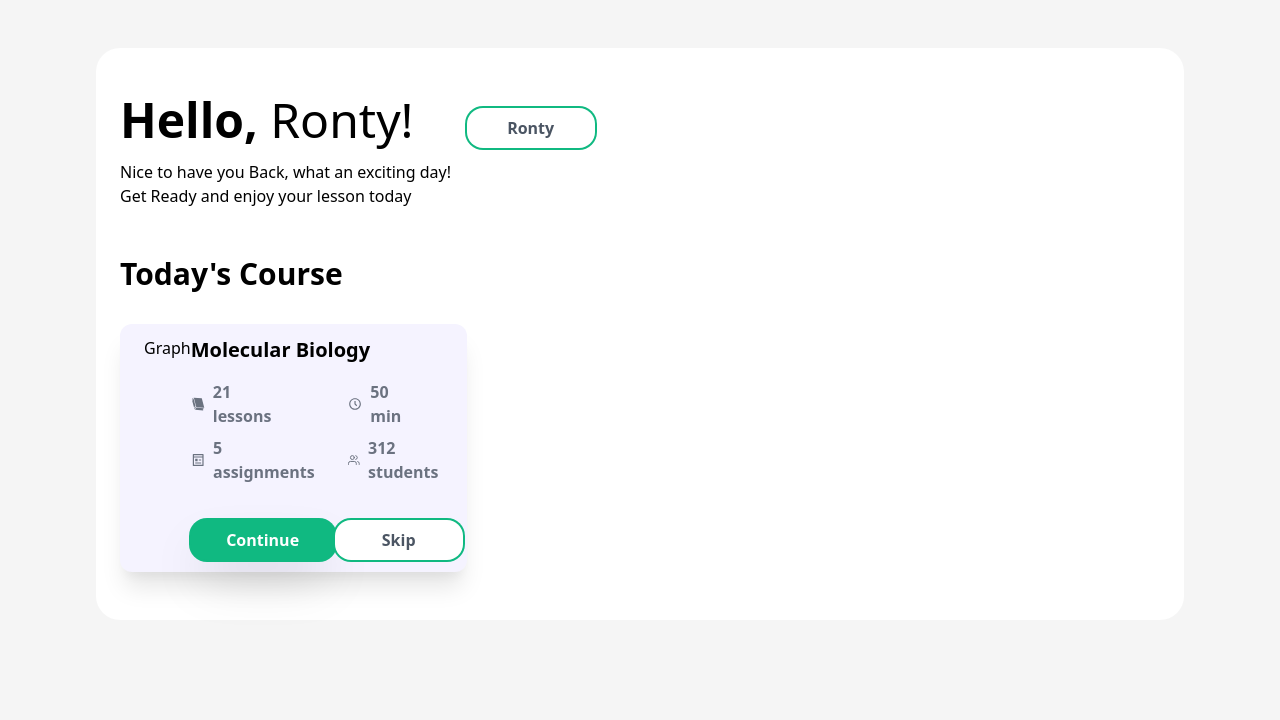
Repository: coolronts/Vite-Tailwind
Page: /
These files come from the project's save history. The page is drawn as it stood at one moment and after a run of saves; the edit follows.
The browser window is 1280 px wide. The pictures show the whole page.
The project was rebuilt for these pictures with package versions that can differ from the ones it lists, and the page was loaded fresh each time. Also part of the build but not shown: vite.config.js, src/components/Chart/index.jsx.

Above is the page before, as saved 2021-11-26 13:38:44.

After the next 2 saves:
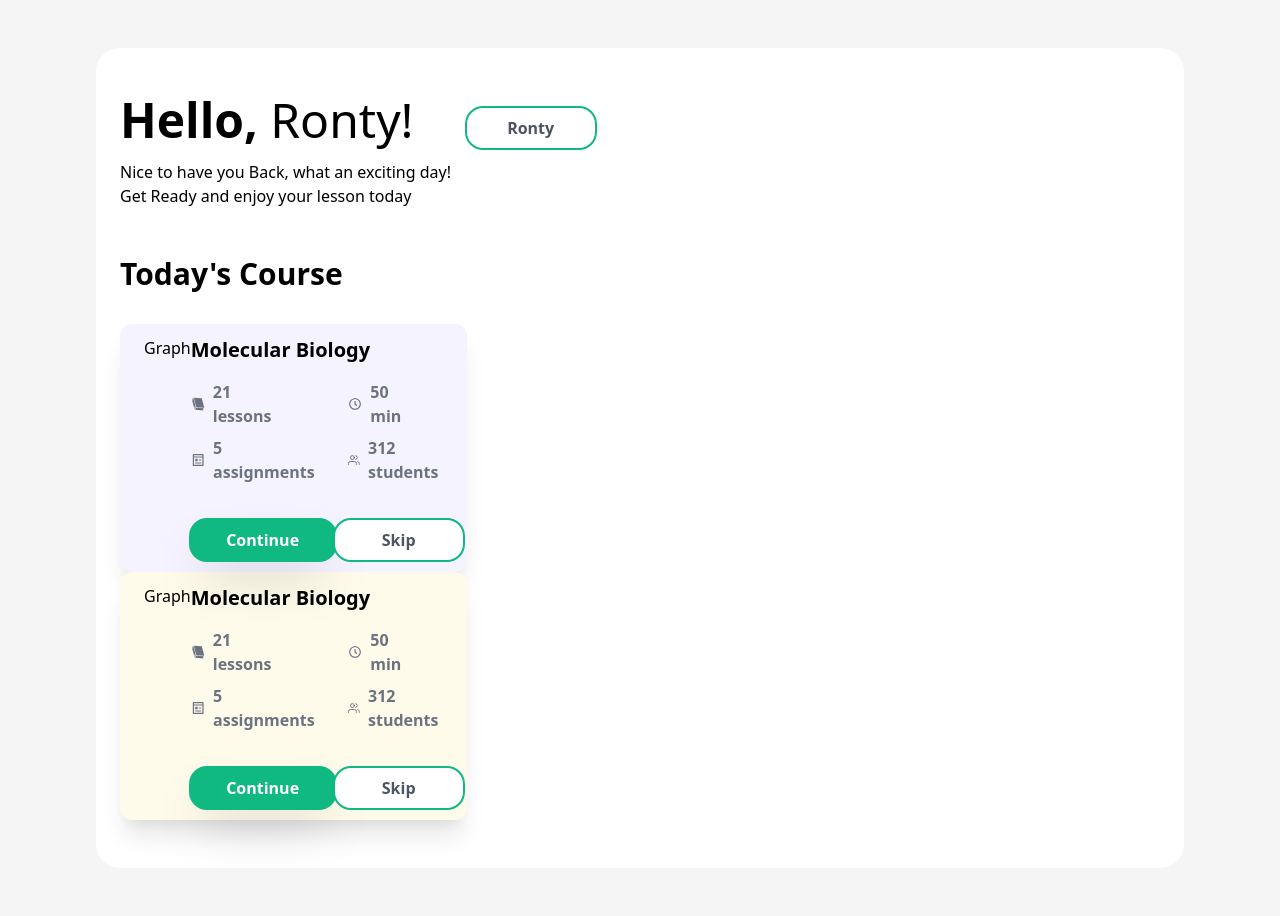
The 2 saves are shown as one change because they came seconds apart.
The last was saved 28 s later.
--- a/src/App.jsx
+++ b/src/App.jsx
@@ -19,6 +19,9 @@ function App() {
             <PrimaryCard>
               <Course/>
             </PrimaryCard>
+            <PrimaryCard color="yellow">
+              <Course/>
+            </PrimaryCard>
           </div>
         </div>
 
